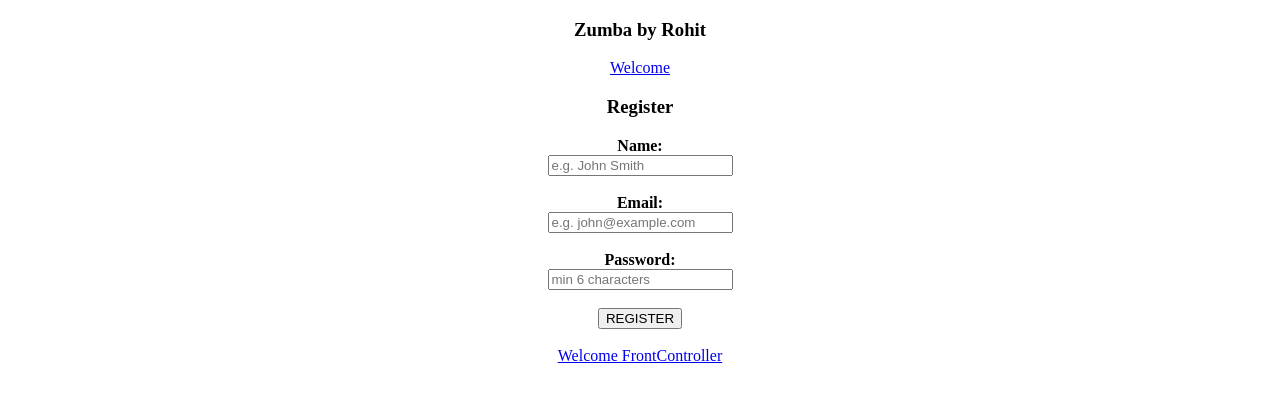
Repository: ronetteguevara/CalTech-ZumbaApp
Page: ZumbaApp/ZumbaApp/src/main/webapp/register.html
The author's editor kept a copy of each file at every save. The page is drawn from the files as they stood at one save, then again after the next save.
The browser window is 1280 px wide. The pictures show the whole page.

Above is the page before, as saved 2024-04-30 15:26:41.

### ZumbaApp/ZumbaApp/src/main/webapp/register.html
<!DOCTYPE html>
<html>
<head>
<meta charset="UTF-8">
<title>Register</title>
</head>
<body>
	<center>
		<h3>Zumba by Rohit</h3>
		<a href="Welcome">Welcome</a>
		<h3>Register</h3>
		<form action="Registration" method="post">
			<b>Name:</b><br>
			<input type="text" name="txtName" placeholder="e.g. John Smith"/><br><br>
			<b>Email:</b><br>
			<input type="text" name="txtEmail" placeholder="e.g. john@example.com"/><br><br>
			<b>Password:</b><br>
			<input type="password" name="txtPassword" placeholder="min 6 characters"/><br><br>
			<input type="submit" value="REGISTER"/><br>
		</form>
		<br>
		<a href="Front">Welcome FrontController</a>
	</center>
</body>
</html>

After the next save:
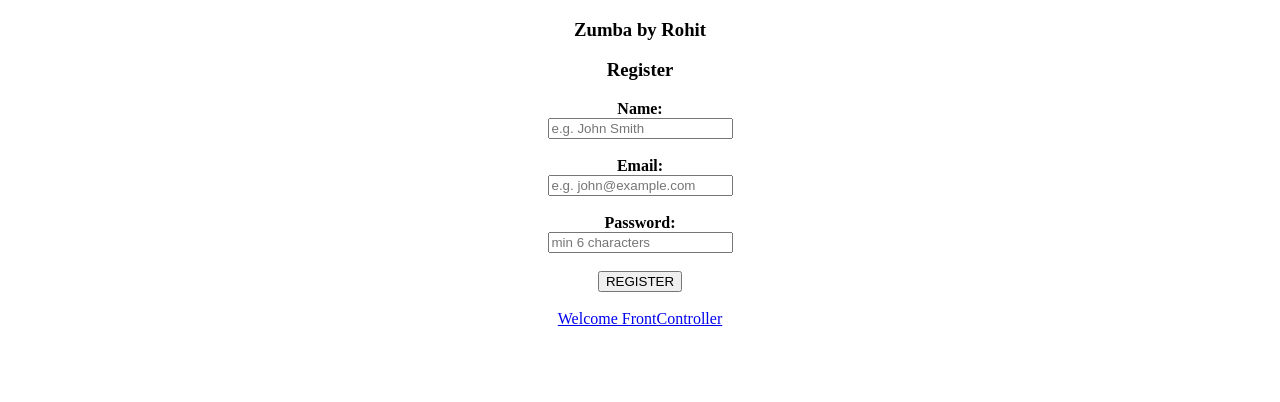
Saved 2 min 37 s later.
--- a/ZumbaApp/ZumbaApp/src/main/webapp/register.html
+++ b/ZumbaApp/ZumbaApp/src/main/webapp/register.html
@@ -7,7 +7,7 @@
 <body>
 	<center>
 		<h3>Zumba by Rohit</h3>
-		<a href="Welcome">Welcome</a>
+
 		<h3>Register</h3>
 		<form action="Registration" method="post">
 			<b>Name:</b><br>
